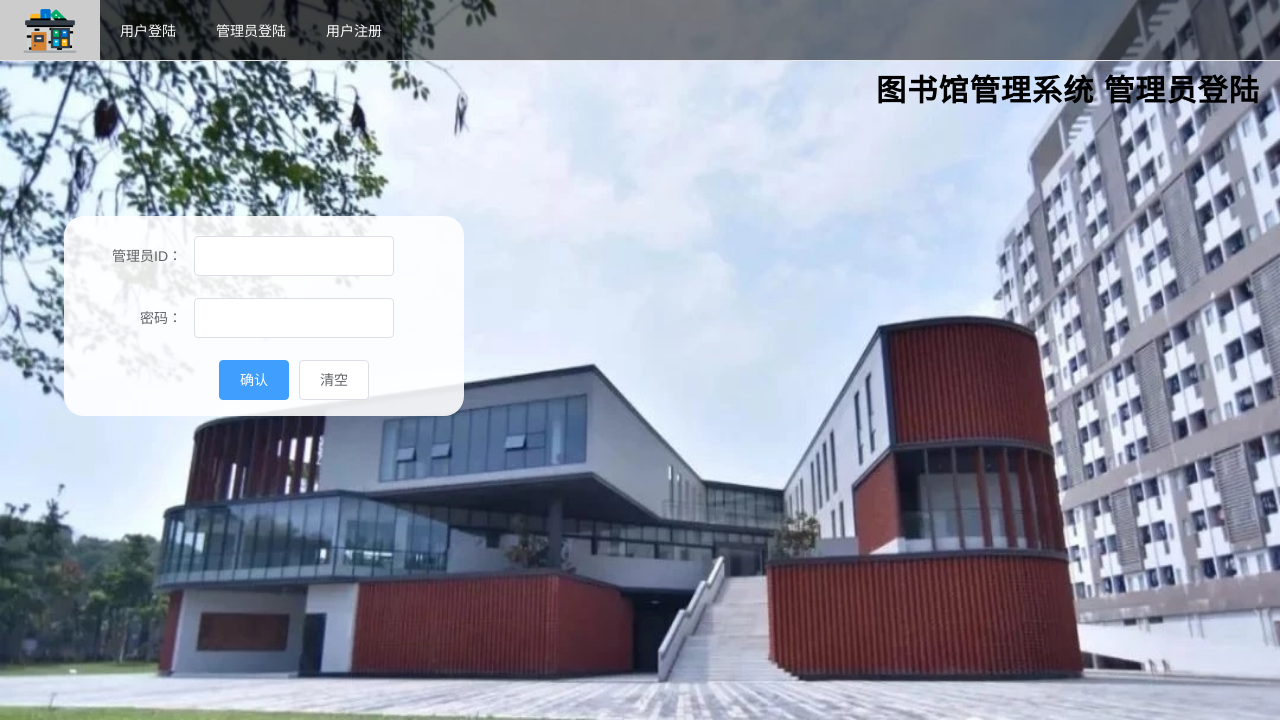
Repository: Akron-xz/helloVue
Page: /#/admin (app in vue-library/)
An editor plug-in stored every save of this project. The page is shown before and after the next save, followed by the edit.
The browser window is 1280 px wide. The pictures show the whole page.
The project was rebuilt for these pictures with package versions that can differ from the ones it lists, and the page was loaded fresh each time. Also part of the build but not shown: vue-library/src/views/Home.vue.

Above is the page before, as saved 2020-11-24 22:41:32.

After the next save:
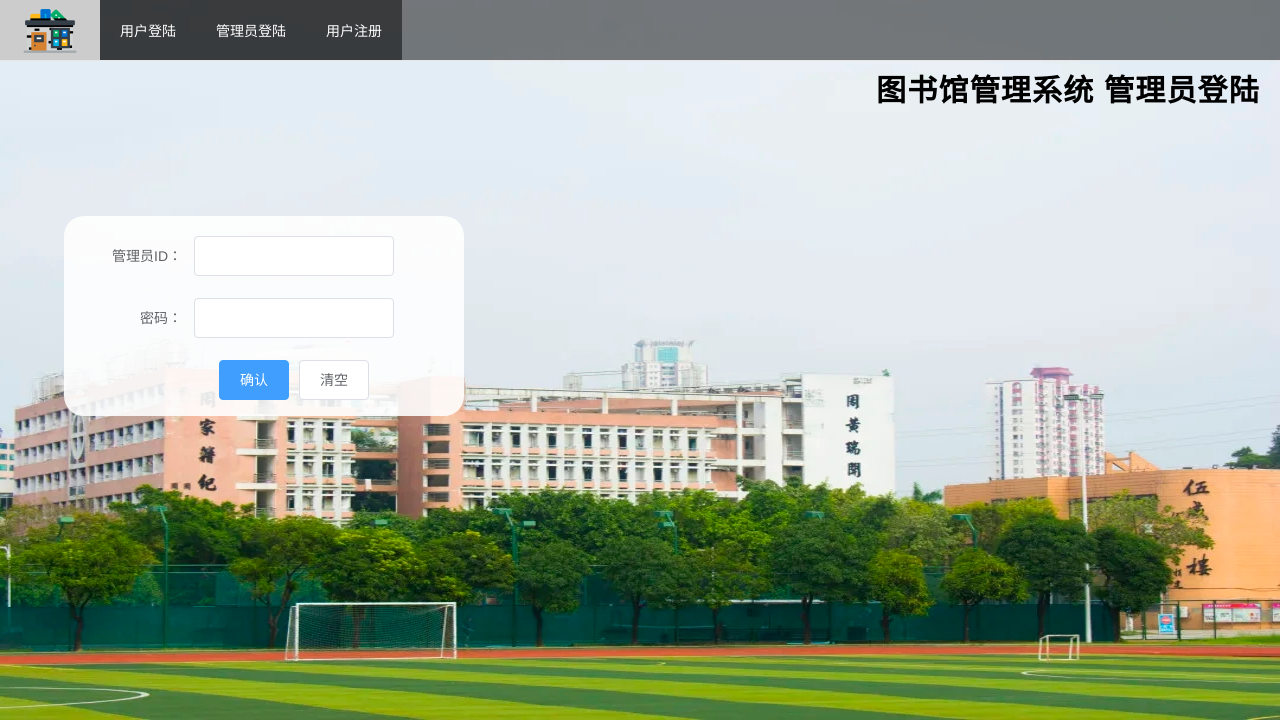
Saved 14 s later.
--- a/vue-library/src/views/Administrator.vue
+++ b/vue-library/src/views/Administrator.vue
@@ -154,7 +154,7 @@ import homeNavigation from '@/components/homeNav.vue'
   top: 0;
   width: 100%;
   height: 100%;
-  background-image: url(/img/divBg/bg23.jpg);
+  background-image: url(/img/divBg/bg22.jpg);
   background-size: 100% 100%;
 }
 
